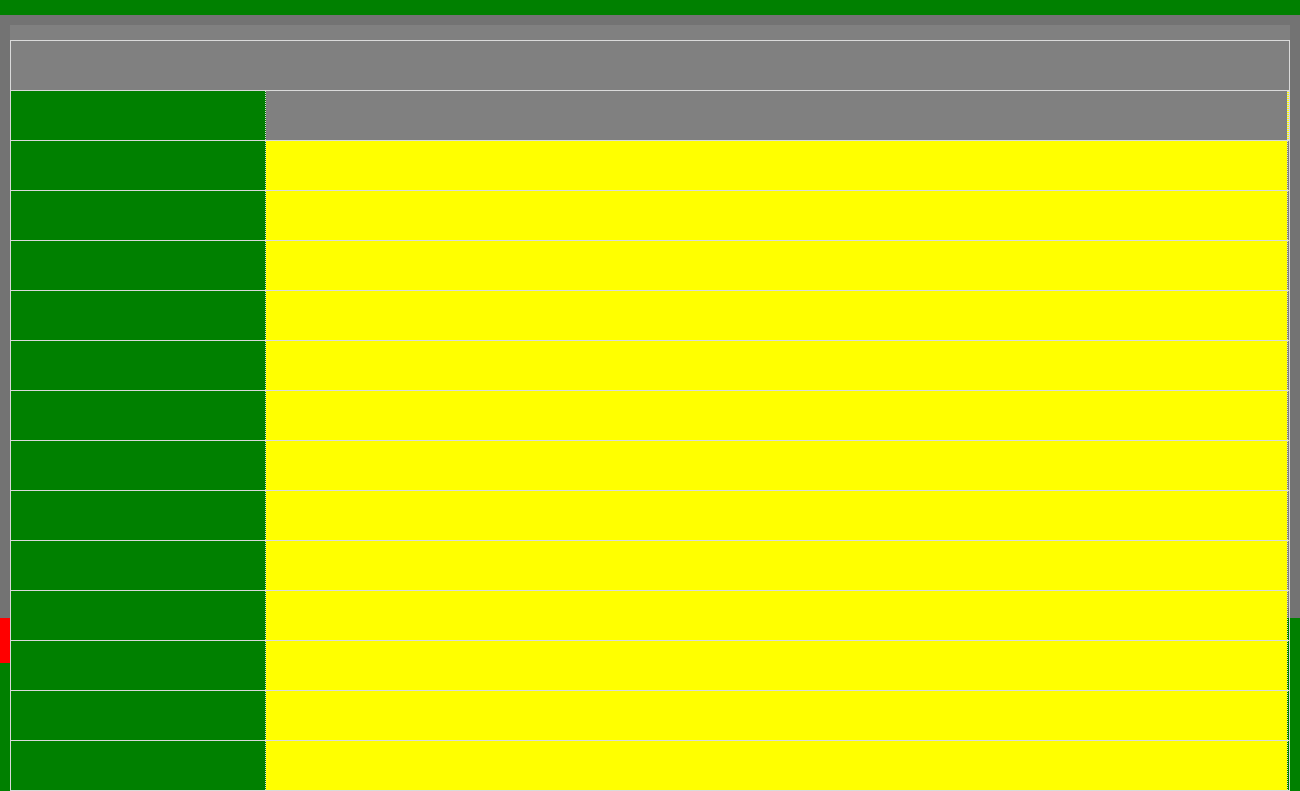
Repository: wangxinjun08231116/Html5Views
Page: WangXinJun/WebContent/htmls/ChangYongMark/table.html
These files come from the project's save history. The page is drawn as it stood at one moment and after the next save; the edit follows.
The browser window is 1280 px wide. The page is 1300 px wide, so the pictures cover 1300 px, including what lies to the right of the window. The pictures show the whole page.

Above is the page before, as saved 2015-02-04 03:30:27.

After the next save:
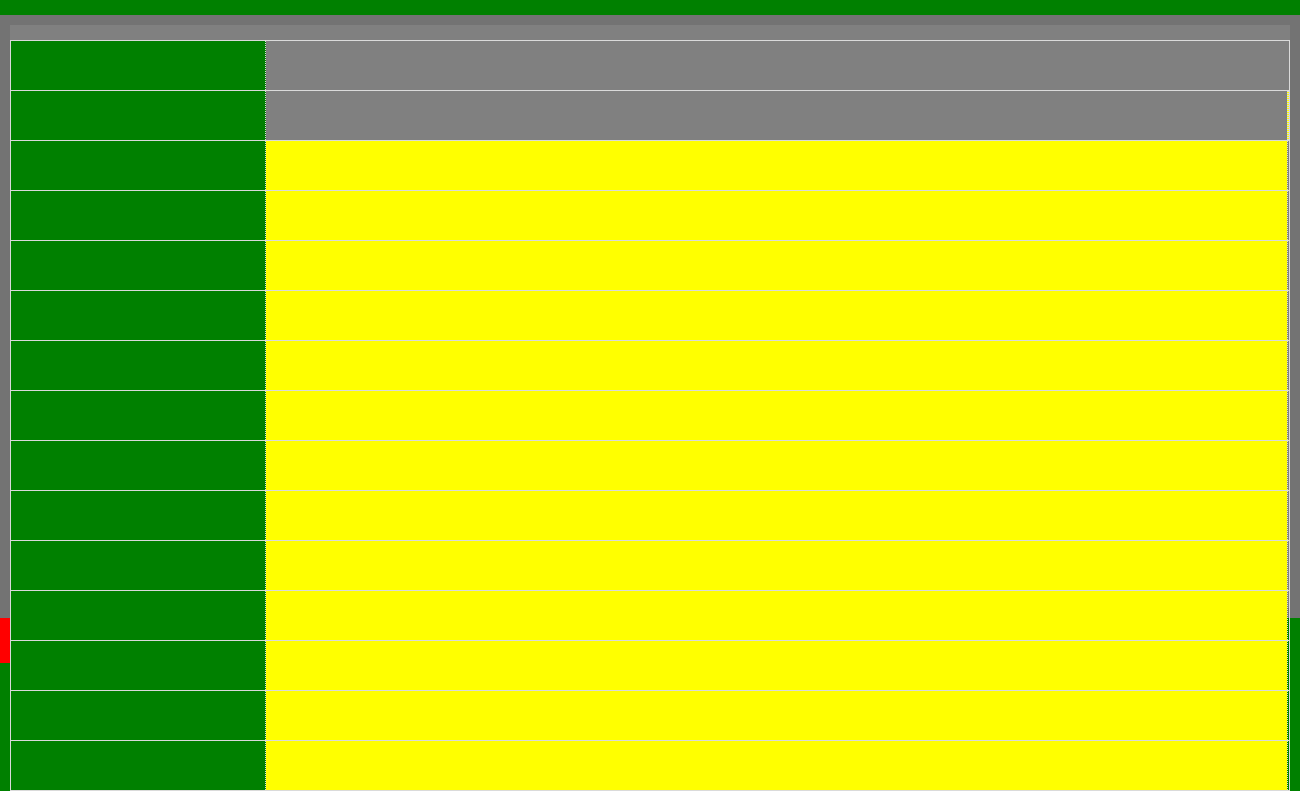
Saved 58 s later.
--- a/WangXinJun/WebContent/css/ChangYongMark/table.css
+++ b/WangXinJun/WebContent/css/ChangYongMark/table.css
@@ -25,13 +25,13 @@ table{
     width: 100%;
 
 }
-td_first{
+.td_first{
 	width: 20%;
 	vertical-align: middle;
 	background-color:green;
 	border: 1px dotted #dadada;
 }
-td_second{
+/td_second{
 	width: 80%;
 	vertical-align: middle;
 	background-color:yellow;
